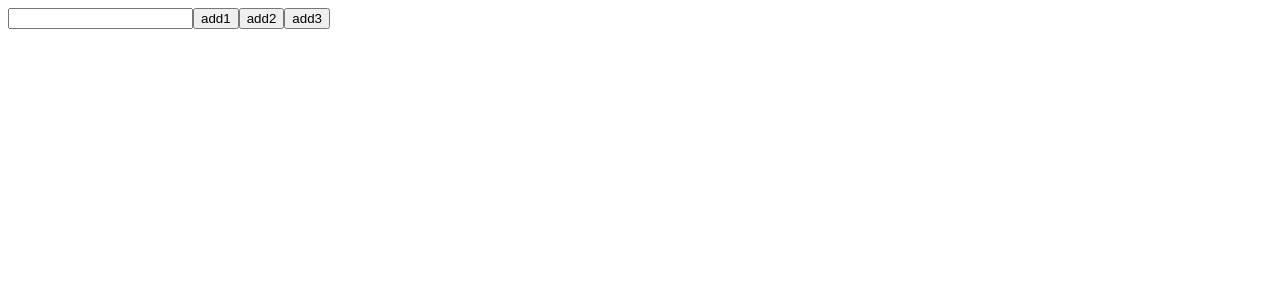
Repository: zenghao518518/React
Page: /
The author's editor kept a copy of each file at every save. The page is drawn from the files as they stood at one save, then again after the next save.
The browser window is 1280 px wide. The pictures show the whole page.
The project was rebuilt for these pictures with package versions that can differ from the ones it lists, and the page was loaded fresh each time.

Above is the page before, as saved 2023-06-20 13:14:37.

After the next save:
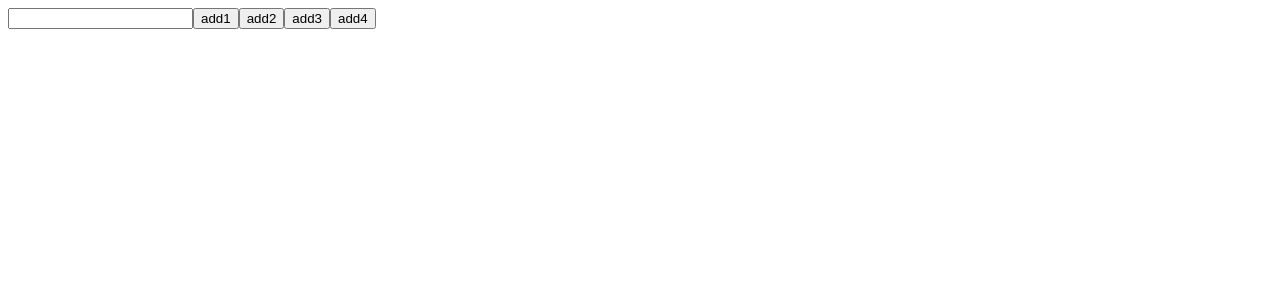
Saved 5 min 1 s later.
--- a/src/01-base/05-事件绑定-1.js
+++ b/src/01-base/05-事件绑定-1.js
@@ -10,6 +10,7 @@ export default class App extends Component {
          }}>add1</button>
          <button onClick={this.handleClick2}>add2</button>
          <button onClick={this.handleClick3}>add3</button>
+         <button onClick={()=>this.handleClick4}>add4</button>
       </div>
     )
   }
@@ -21,4 +22,8 @@ export default class App extends Component {
   handleClick3=()=>{
     console.log("click3")
   }
+
+  handleClick4=()=>{
+    console.log("click4")
+  }
 }
